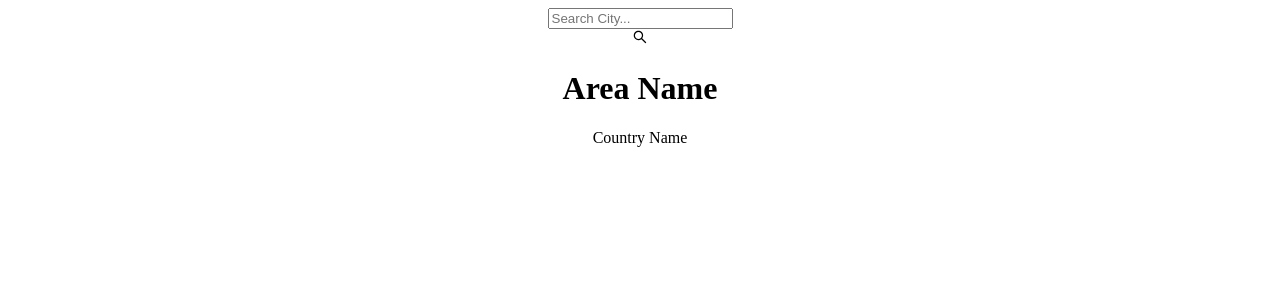
Repository: vaishnavik94/WeatherAPP
Page: /
These files come from the project's save history. The page is drawn as it stood at one moment and after the next save; the edit follows.
The browser window is 1280 px wide. The pictures show the whole page.
The project was rebuilt for these pictures with package versions that can differ from the ones it lists, and the page was loaded fresh each time.

Above is the page before, as saved 2024-04-15 17:29:59.

### public/index.html
<!DOCTYPE html>
<html lang="en">

  <head>
    <meta charset="utf-8" />
    <meta name="viewport" content="width=device-width, initial-scale=1" />
    <meta name="theme-color" content="#000000" />
    <meta name="description" content="Web site created using create-react-app"/>

    <title>React App</title>
  </head>

  <body>
    <noscript>You need to enable JavaScript to run this app.</noscript>
    <div id="root"></div>

  </body>

</html>

### src/App.tsx
import React from 'react';
import './App.css';
import DisplayWeather from './components/DisplayWeather';

function App() {
  return (
    <div className="App">
      <DisplayWeather/>
    </div>
  );
}

export default App;

### src/components/DisplayWeather.tsx
import React from 'react'
import {MainWrapper} from './styles.module'
import { AiOutlineSearch } from "react-icons/ai";

const DisplayWeather = () => {
  return (
    //<MainWrapper>

        <div className="container">
            <div className="searchArea">
                <input type="text" placeholder='Search City...' id="cityInput"/>

                <div className="searchCircle">
                    <AiOutlineSearch className='searchIcon' />
                </div>
            </div>

            <div className="weatherArea">
                <h1>Area Name</h1>
                <span>Country Name</span>

            </div>
        </div>



    //</MainWrapper>
  )
}

export default DisplayWeather

Loaded but not shown: src/index.tsx (common file); src/App.css (common file)

After the next save:
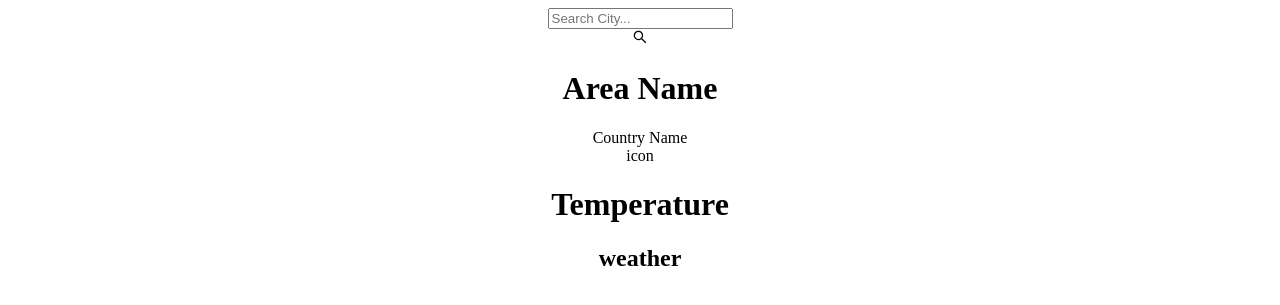
Saved 110 s later.
--- a/src/components/DisplayWeather.tsx
+++ b/src/components/DisplayWeather.tsx
@@ -18,7 +18,11 @@ const DisplayWeather = () => {
             <div className="weatherArea">
                 <h1>Area Name</h1>
                 <span>Country Name</span>
-
+                <div className="icon">
+                    icon
+                </div>
+                <h1>Temperature</h1>
+                <h2>weather</h2>
             </div>
         </div>
 
